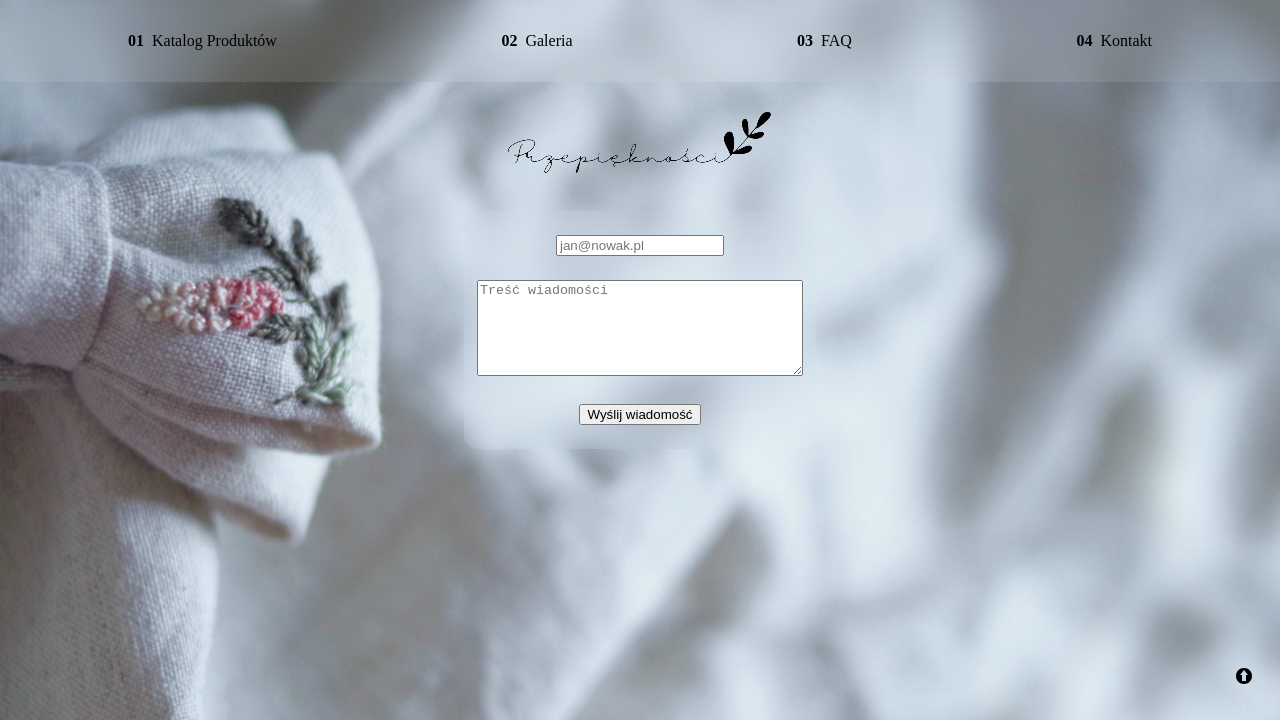
Repository: kowalkos/Rak_projekt
Page: /about
An editor plug-in stored every save of this project. The page is shown before and after the next save, followed by the edit.
The browser window is 1280 px wide. The pictures show the whole page.
The project was rebuilt for these pictures with package versions that can differ from the ones it lists, and the page was loaded fresh each time. Also part of the build but not shown: src/components/produkty/Produkt.css, src/components/produkty/produkt.js, src/components/galeria/Galeria.js, src/components/main/Main.js, src/components/FAQ/Faq.js.

Above is the page before, as saved 2022-01-18 21:03:35.

### src/index.css
body {
  margin: 0;
  background-image: url('/src/img/tlo.jpg');
  background-attachment: fixed;
  background-repeat: no-repeat;
  background-size: cover;
  overflow-x: hidden;
  color: black;

  min-width: 325px;
}

### src/App.js
import Produkt from './components/produkty/produkt';
import Galeria from './components/galeria/Galeria';
import Main from './components/main/Main';
import Faq from './components/FAQ/Faq';
import About from './components/about/About';
import Footer from './components/footer/footer';
import './App.css';
import NavBar from './components/navbar/NavBar';
import {BrowserRouter as Router, Route, Routes} from 'react-router-dom';
function App() {

  return (
    <Router>
    <div className="App">
     <NavBar/>
     <Routes>
     <Route path="/" element={<Main/>}/>
     <Route path="/Faq"element={<Faq/>}/>
     <Route path="/produkty" element={<Produkt/>}/>
     <Route path="/galeria"element={<Galeria/>}/>
     <Route path="/about"element={<About/>}/>
     </Routes>
     <Footer/>
    </div>
    </Router>
  );
}

export default App;

### src/components/about/About.js
import "./About.css"
function About(props) {
    return <div>
        <div className="blok">
            <form>
                <input className="email-input"  type="email" placeholder="jan@nowak.pl"/>
                <textarea className="mail-text" rows={6} cols={60} placeholder="Treść wiadomości"/>
                <button className="button-send">Wyślij wiadomość</button>
            </form>
        </div>
        </div>
}
export default About;

### src/components/footer/footer.js
import './footer.css';
function Footer(props)
{
    return <div >

            <a href='#top'>
                <button className='upArrow'></button>
            </a>


    </div>;
}
export default Footer;

### src/App.css
.App {
  text-align: center;
  /* background-image: url('/src/img/kosmos.jpg'); */

}

### src/components/navbar/NavBar.js

import { Link } from 'react-router-dom';
import logo from '../../img/logoso.png';
import './NavBar.css';
function NavBar(props) {


    function toggle() {
        const primaryNav = document.querySelector('.primary-navigation');
        const navToggle = document.querySelector('.mobile-nav-toggle');
        console.log(primaryNav);
        console.log(navToggle);

        const visibility = primaryNav.getAttribute('data-visible');
        if (visibility === "false") {
            primaryNav.setAttribute('data-visible', true);
            navToggle.setAttribute('aria-expanded', true);
        }
        else if (visibility === "true") {
            primaryNav.setAttribute('data-visible', false);
            navToggle.setAttribute('aria-expanded', false);
        }
        console.log(visibility);
    }
    return <header className='primary-header'>
        <button className='mobile-nav-toggle'
            aria-controls='primary-navigation'
            onClick={toggle} >
            <span className='sr-only'></span>
        </button>

        <nav>
            <ul id='primary-navigation' aria-expanded="false" data-visible="false" className='primary-navigation flex'>
                {/* <li>
                    <Link to='/' >
                        <span aria-hidden="true">00</span>
                        Strona główna
                    </Link>
                </li> */}
                <li>
                    <Link to='/produkty' >
                        <span aria-hidden="true">01</span>
                        Katalog Produktów
                    </Link>
                </li>
                <li>
                    <Link to='/galeria' >
                        <span aria-hidden="true">02</span>
                        Galeria
                    </Link>
                </li>
                <li>
                    <Link to='/Faq' >
                        <span aria-hidden="true">03</span>
                        FAQ
                    </Link>
                </li>
                <li>
                    <Link to='/about' >
                        <span aria-hidden="true">04</span>
                        Kontakt
                    </Link>
                </li>
            </ul>
        </nav>
        <div className='logo'>
        <Link to='/' >
            <img  src={logo} alt='Logo'></img>
            </Link>
        </div>

    </header>;

    // return <div className='main-nav-bar' >
    //     <div className='nav-bar__roll-down' onhover={onHoverHandle} >
    //         Katalog Produktów
    //         <div id='nav-bar__inside'>
    //             Kokardy
    //         </div>
    //         <div id='nav-bar__inside'>
    //             Kokardy
    //         </div>
    //         <div id='nav-bar__inside'>
    //             Kokardy
    //         </div>
    //         <div id='nav-bar__inside'>
    //             Kokardy
    //         </div>height:"20px";width
    //     </div >
    //     <div className='nav-bar'>
    //         O mnie
    //     </div>
    //     <div className='nav-bar'>
    //         FAQ
    //     </div>
    //     <div className='nav-bar'>
    //         Kontakt
    //     </div>

    // </div>;
}

export default NavBar;

### src/components/about/About.css
.blok
{
    width: 22rem;
    margin: 1rem auto;
    display: flex;
    justify-content: center;
    align-items: center;
}
.email-input
{
    display: inline-block;
    width:10rem;
    margin-top: 1.5rem;
}
.mail-text
{
    margin: 1.5rem auto;
   display: inline-block;
   width: 20rem;
}
.button-send
{
    display:inline-block;
    margin-bottom: 1.5rem;
}
@supports(backdrop-filter: blur(1rem)) {
    .blok{
        backdrop-filter: blur(1rem);
        border-radius: 5%;
    }
}

### src/components/footer/footer.css
.footer
{
    width: 80%;
    margin: 0 auto;
}
.upArrow
{
    display: block;
    position: fixed;
    width: 2.25rem;
    aspect-ratio: 1;
    right: 0.5rem;
    bottom: 1rem;
    z-index: 10000;
    background-color: transparent;
    background-image: url(/src/img/arrow_up.svg);
    background-repeat: no-repeat;
    border: 0px;
    transition: all 0.5s ease-in-out;

}

### src/components/navbar/NavBar.css
.flex {
    display: flex;
    gap: var(--gap, 1rem);
}

.primary-header {
    align-items: center;
    justify-content: space-between;

}
.logo{
    margin:0rem;
}
.mobile-nav-toggle {
    display: none;
}

.primary-navigation {
    list-style: none;
    margin: 0 0rem;
    background: hsl(0 0% 0% /0.75);
}


.primary-navigation a {
    text-decoration: none;
    color: black;
}

.primary-navigation a>[aria-hidden="true"] {
    font-weight: 700;
    margin-inline-end: .5rem;
}

@supports(backdrop-filter: blur(1rem)) {
    .primary-navigation {
        background: hsl(0 0% 100% /0.1);
        backdrop-filter: blur(1rem);
    }
}

@media (max-width:35em) {
    .primary-navigation {
        position: fixed;
        inset: 0 0 0 50%;
        --gap: 1rem;
        z-index: 1000;
        flex-direction: column;
        padding: min(30vh, 5rem) 1rem;

        transform: translateX(100%);
        transition: transform 350ms ease-out;
    }

    .primary-navigation[data-visible="true"] {
        transform: translateX(0%);
    }

    .mobile-nav-toggle {
        display: block;
        position: fixed;
        width: 2.25rem;
        aspect-ratio: 1;
        top: 2rem;
        right: 1rem;
        z-index: 9999;
        background-color: transparent;
        background-image: url(/src/img/Hamburger_icon.svg);
        background-repeat: no-repeat;
        border: 0px;
    }

    .mobile-nav-toggle[aria-expanded="true"] {
        background-image: url(/src/img/x-symbol.svg);
        background-size: 32px;
    }

    .sr-only {
        display: none;
    }
}

@media (min-width:35em) and (max-width:55em) {
    .primary-navigation a>span[aria-hidden="true"] {
        display: none;
    }
}
@media (min-width:35em)
{

.primary-navigation{
    --gap:2rem;
    justify-content: space-between;
    padding-block: 2rem;
    padding-inline:clamp(3rem,10vw,10rem);
}
}

Loaded but not shown: public/index.html (common file); src/index.js (common file)

After the next save:
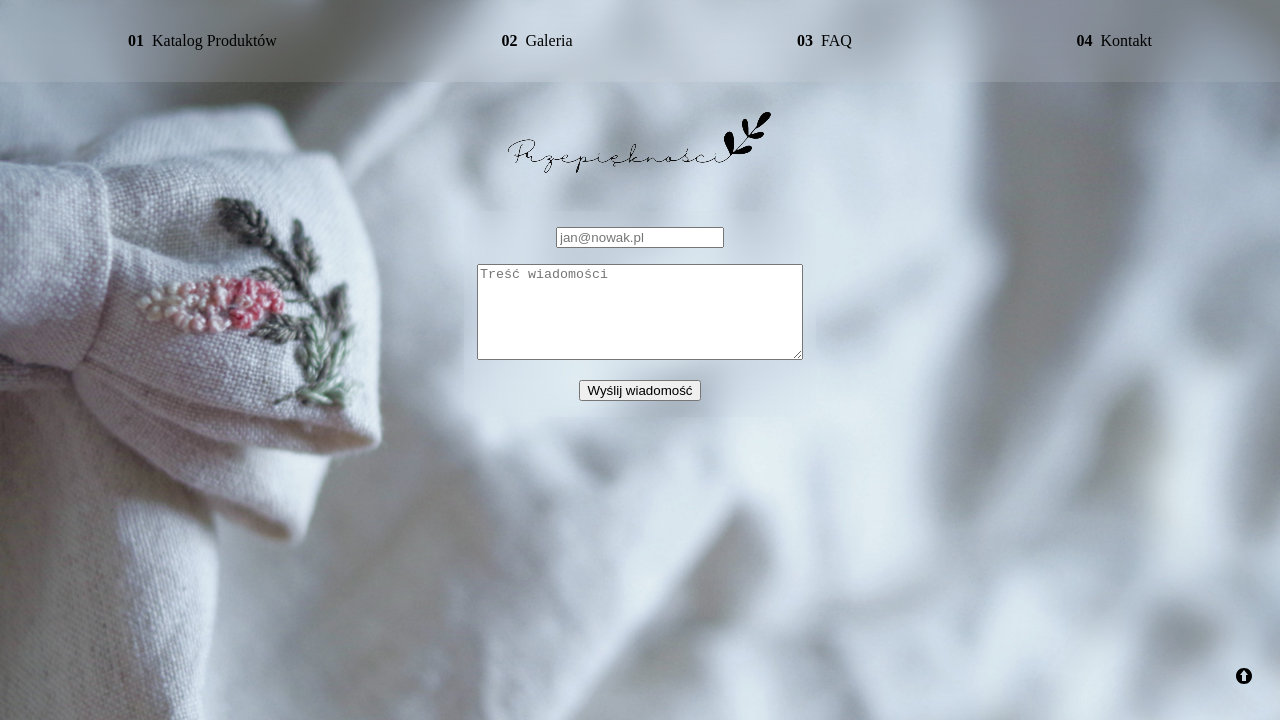
Saved 38 s later.
--- a/src/components/about/About.css
+++ b/src/components/about/About.css
@@ -10,18 +10,18 @@
 {
     display: inline-block;
     width:10rem;
-    margin-top: 1.5rem;
+    margin-top: 1rem;
 }
 .mail-text
 {
-    margin: 1.5rem auto;
+    margin: 1rem auto;
    display: inline-block;
    width: 20rem;
 }
 .button-send
 {
     display:inline-block;
-    margin-bottom: 1.5rem;
+    margin-bottom: 1rem;
 }
 @supports(backdrop-filter: blur(1rem)) {
     .blok{
